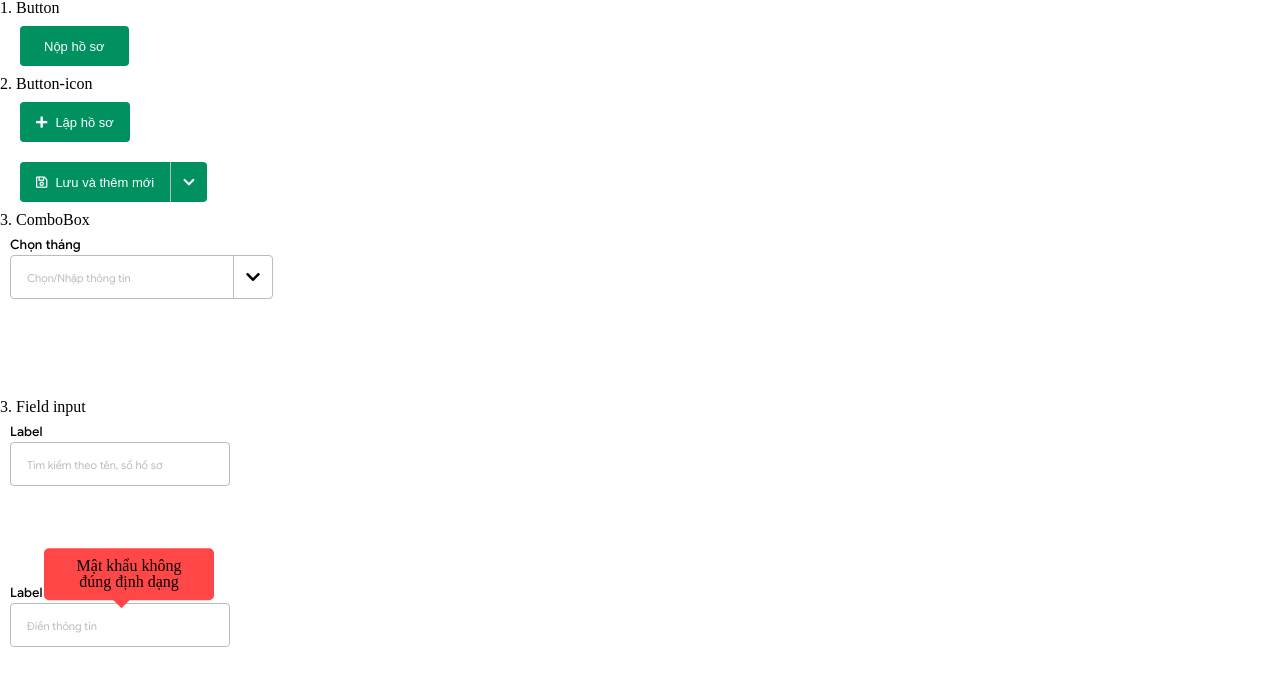
Repository: DAOVANLOI2K1/cukcuk_employeeGrid
Page: Page/index.html
The author's editor kept a copy of each file at every save. The page is drawn from the files as they stood at one save, then again after the next save.
The browser window is 1280 px wide. The pictures show the whole page.

Above is the page before, as saved 2022-06-28 09:58:36.

### Page/index.html
<!DOCTYPE html>
<html lang="en">
<head>
    <meta charset="UTF-8">
    <meta http-equiv="X-UA-Compatible" content="IE=edge">
    <meta name="viewport" content="width=\\, initial-scale=1.0">
    <link rel="stylesheet" href="../css/common/common.css">
    <link rel="stylesheet" href="../css/layout/reset.css">
    <link rel="stylesheet" href="../asset/font/fontawesome-5.15.1/css/all.min.css">
    <title>Document</title>
</head>
<body>
    <label>1. Button</label>
    <div class="row">
        <button class="ms-btn">Nộp hồ sơ</button>
    </div>
    <label>2. Button-icon</label>
    <div class="row">
        <button class="ms-btn ms-btn-icon"><i class="fas fa-plus icon"></i>Lập hồ sơ</button>
    </div>
    <div class="row">
        <button class="ms-btn ms-btn-icon btn2"><i class="far fa-save icon"></i>Lưu và thêm mới</button>
        <button class="ms-btn arrow-down"><i class="fas fa-chevron-down icon"></i></button>
    </div>
    <label>3. ComboBox</label>
    <div class="row">
        <h3 class="label">Chọn tháng</h3>
        <div class="combo_box">
            <input type="text" class="ms-input input1" id="input" placeholder="Chọn/Nhập thông tin">
            <i class="fas fa-chevron-down icon"></i>
            <div class="options-dropdown">
                <div class="option">
                    <i class="fas fa-check option_icon"></i>
                    <h3 class="option_text">Trạng thái 1</h3>
                </div>
                <div class="option">
                    <i class="fas fa-check option_icon"></i>
                    <h3 class="option_text">Trạng thái 2</h3>
                </div>
            </div>
        </div>
    </div>
    <label>3. Field input</label>
    <div class="row">
        <h3 class="label">Label</h3>
        <input type="text" class="ms-input" placeholder="Tìm kiếm theo tên, số hồ sơ">
    </div>
    <div class="row" style="margin-top: 100px;">
        <h3 class="label">Label</h3>
        <input type="text" class="ms-input" placeholder="Điền thông tin">
        <div class="error_box">
            <h2 class="error_message">Mật khẩu không đúng định dạng</h2>
        </div>
    </div>
    <script src="../js/main.js"></script>
</body>
</html>

### css/common/common.css
@import url(button.css);
@import url(input.css);
@import url(combobox.css);
@import url(fieldInput.css);

body {
    font-family: GoogleSans-Regular;
    box-sizing: border-box;
}

.row {
    margin-left: 10px;
}

@font-face {
    font-family: GoogleSans-Bold;
    src: url(../../asset/font/GoogleSans-Bold.otf);
}
@font-face {
    font-family: GoogleSans-Medium;
    src: url(../../asset/font/GoogleSans-Medium.otf);
}
@font-face {
    font-family: GoogleSans-Regular;
    src: url(../../asset/font/GoogleSans-Regular.otf);
}

### js/main.js
// click arrow combobox
document.querySelector('.combo_box .icon').addEventListener('click', function(e) {
    this.classList.toggle('active');
    document.getElementsByClassName('option')[1].classList.remove('active');
    document.getElementsByClassName('option')[0].classList.remove('active');
});
// click option drop combobox
document.getElementsByClassName('option')[0].addEventListener('click', function() {
    this.classList.add('active');
    document.getElementsByClassName('option')[1].classList.remove('active');
    document.getElementById('input').value = 'Trạng thái 1';
});
document.getElementsByClassName('option')[1].addEventListener('click', function() {
    this.classList.add('active');
    document.getElementsByClassName('option')[0].classList.remove('active');
    document.getElementById('input').value = 'Trạng thái 2';
});

### css/common/button.css
.ms-btn {
    margin: 10px;
    height: 40px;
    padding: 0 24px;
    color: #fff;
    background-color: #019160;
    border-radius: 4px;
    font-size: 13px;
    align-items: center;
    border: none;
    cursor: pointer;
    min-width: 100px;
    transition: all .1s linear;
}

.ms-btn:hover {
    background-color: #2fbe8e;
}

.ms-btn:active {
    background-color: #01b075;
}

.ms-btn-icon {
    padding: 0 16px;
    text-align: left;
    margin-right: 0;
}

.ms-btn-icon > .icon{
    margin-right: 8px;
}

.btn2 {
    border-top-right-radius: 0;
    border-bottom-right-radius: 0;
}

.arrow-down {
    padding: 0 12px;
    min-width: unset;
    margin-left: -4px;
    border-left: 1px solid #bbb;
    border-bottom-left-radius: 0;
    border-top-left-radius: 0;
}
.arrow-down:hover > .icon {
    transform: rotate(180deg);
}

### css/common/input.css
.ms-input {
    outline: none;
    padding-left: 16px;
    height: 40px;
    border: 1px solid #bbb;
    border-radius: 4px;
    width: 200px;
    font-size: 13px;
    color: #000;
}

.label {
    margin-top: 10px;
    margin-bottom: 4px;
    font-size: 13px;
    color: #000;
    font-family: GoogleSans-Medium;
}

.ms-input::placeholder {
    font-size: 11px;
    color: #bbb;
    font-family: GoogleSans-Regular;
}

.ms-input:focus {
    border-color: #019160;
}

### css/common/combobox.css
.input1 {
    padding-right: 45px;
}

.combo_box {
    position: relative;
    display: inline-block;
    margin-bottom: 100px;
}

.combo_box > .icon {
    position: absolute;
    top: 1px;
    right: 1px;
    padding: 13px 12px;
    border-left: 1px solid #bbb;
    border-top-right-radius: 4px;
    border-bottom-right-radius: 4px;
    cursor: pointer;
}
.icon.active {
    border-top-right-radius: 0;
    border-bottom-right-radius: 0;
    border-top-left-radius: 4px;
    border-bottom-left-radius: 4px;
    border-left: none;
    border-right: 1px solid #bbb;
    background-color: #e9ebee;
    transform: rotate(180deg);
}
.icon.active ~ .options-dropdown {
    opacity: 1;
    visibility: visible;
}

.options-dropdown {
    position: absolute;
    padding: 5px 0;
    top: 100%;
    left: 0;
    width: 100%;
    border-radius: 4px;
    box-shadow: 0 2px 5px 0 rgba(0, 0, 0, 0.432);
    opacity: 0;
    visibility: hidden;
    transition: all .1s linear;
}

.option {
    display: flex;
    align-items: center;
    height: 40px;
}

.option_icon {
    margin: 0 10px;
    font-size: 16px;
    opacity: 0;
}

.option:hover {
    background-color: #e9ebee;
}

.option.active {
    background-color: #019160;
    color: white;
}
.option.active > .option_icon{
    opacity: 1;
}

### css/common/fieldInput.css
.error_box {
    width: 130px;
    padding: 10px 20px;
    background-color: #ff4747;
    text-align: center;
    border-radius: 5px;
    position: relative;
    transform: translate(20%, -190%);
}

.error_box::before {
    content: "";
    position: absolute;
    bottom: -5px;
    right: 50%;
    width: 15px;
    height: 15px;
    background-color: #ff4747;
    transform: rotate(45deg);
}

Loaded but not shown: css/layout/reset.css (common file); asset/font/fontawesome-5.15.1/css/all.min.css (library)

After the next save:
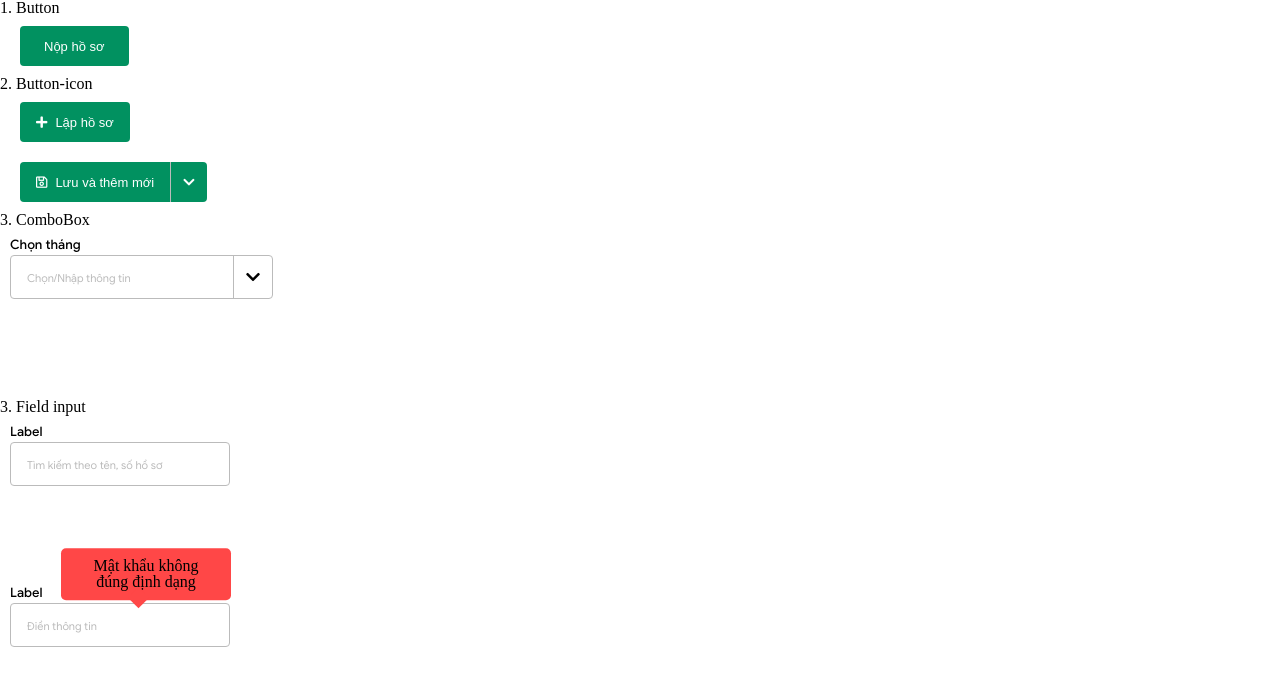
Saved 5 s later.
--- a/css/common/fieldInput.css
+++ b/css/common/fieldInput.css
@@ -5,7 +5,7 @@
     text-align: center;
     border-radius: 5px;
     position: relative;
-    transform: translate(20%, -190%);
+    transform: translate(30%, -190%);
 }
 
 .error_box::before {
